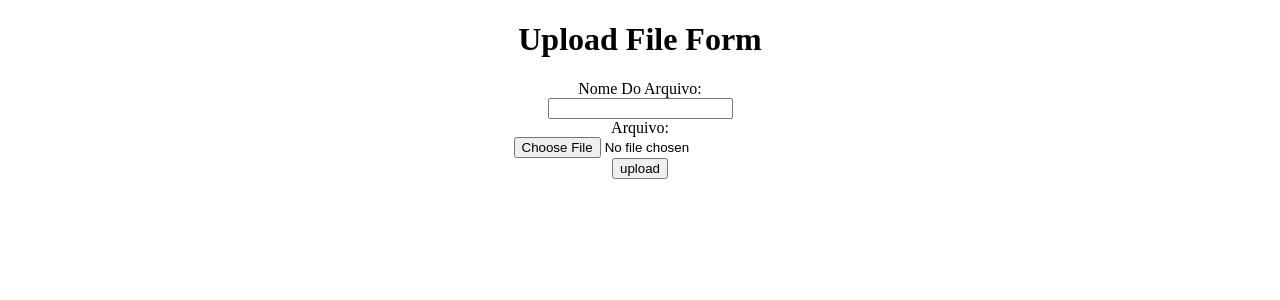
Repository: ThaysaM/upload-de-imagem-java-web
Page: http://localhost/projetoSelecao_Servelet/
An editor plug-in stored every save of this project. The page is shown before and after the next save, followed by the edit.
The browser window is 1280 px wide. The pictures show the whole page.
The page is served by Tomcat 9.

Above is the page before, as saved 2020-09-13 15:38:56.

After the next save:
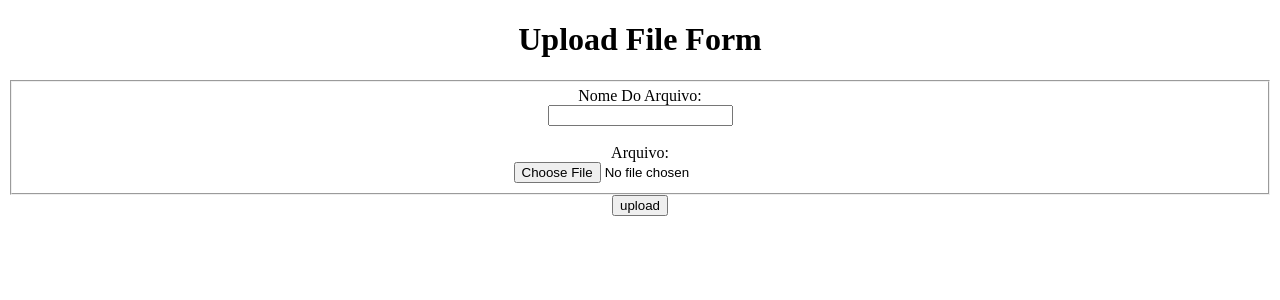
Saved 115 s later.
--- a/projetoSelecao Servelet/WebContent/index.jsp
+++ b/projetoSelecao Servelet/WebContent/index.jsp
@@ -13,10 +13,12 @@
 <h1>Upload File Form</h1>
 
 		<form action="ProjetoUpload" enctype="multipart/form-data" method="post">
-             Nome Do Arquivo:<br/>
-             <input type="text" name="file_name" placeholder><br>
-			 Arquivo:<br/>
-			 <input type="file" name="file2" /><br>
+             <fieldset>
+	             Nome Do Arquivo:<br/>
+	             <input type="text" name="file_name" placeholder><br/><br/>
+				 Arquivo:<br/>
+				 <input type="file" name="file2" /><br>
+			 </fieldset>
              <input type="submit" value="upload" />
         </form>
 
